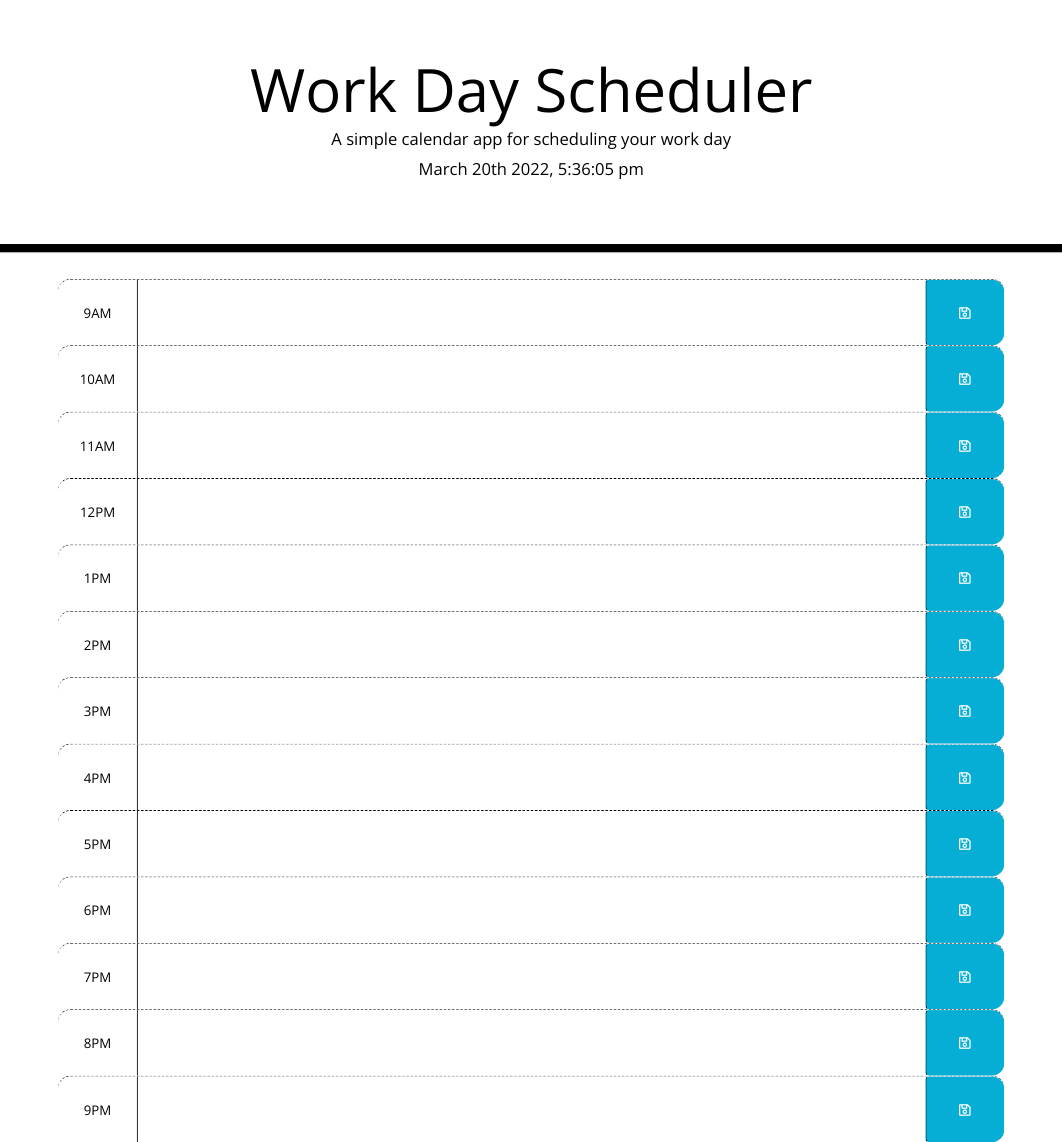
Repository: cobalt88/work-day-scheduler
Page: index.html
These files come from the project's save history. The page is drawn as it stood at one moment and after the next save; the edit follows.
The browser window is 1280 px wide. The pictures show the whole page, at 83% of full size.
Some web libraries are served in a nearby version.

Above is the page before, as saved 2022-03-26 23:06:24.

### index.html
<!DOCTYPE html>
<html lang="en">
  <head>
    <meta charset="UTF-8" />
    <meta name="viewport" content="width=device-width, initial-scale=1.0" />
    <meta http-equiv="X-UA-Compatible" content="ie=edge" />
    <link
      rel="stylesheet"
      href="https://stackpath.bootstrapcdn.com/bootstrap/4.3.1/css/bootstrap.min.css"
    />
    <link
      rel="stylesheet"
      href="https://use.fontawesome.com/releases/v5.8.1/css/all.css"
      integrity="sha384-50oBUHEmvpQ+1lW4y57PTFmhCaXp0ML5d60M1M7uH2+nqUivzIebhndOJK28anvf"
      crossorigin="anonymous"
    />
    <link
      href="https://fonts.googleapis.com/css?family=Open+Sans&display=swap"
      rel="stylesheet"
    />
    <link rel="stylesheet" href="./assets/style.css" />
    <title>Work Day Scheduler</title>
  </head>

  <body>
    <header class="jumbotron">
      <h1 class="display-3">Work Day Scheduler</h1>
      <p class="lead">A simple calendar app for scheduling your work day</p>
      <p id="currentDay" class="lead"></p>
    </header>
    <div class="container">
      <!-- Timeblocks go here -->

      <div class="row time-block hour " id="9">
        <div class="col-xl-1  col-md-1 col-2">
          9AM
        </div>
        <textarea class="description col-xl-10 col-md-10 col-8 " id="hr9"></textarea>
        <button class="btn saveBtn col-xl-1 col-md-1 col-2 far fa-save"></button>
      </div>

      <div class="row time-block hour " id="10">
        <div class="col-xl-1 col-md-1 col-2">
          10AM
        </div>
        <textarea class="description col-xl-10 col-md-10 col-8 " id="hr10"></textarea>
        <button class="btn saveBtn col-xl-1 col-md-1 col-2 far fa-save"></button>
      </div>

      <div class="row time-block hour " id="11">
        <div class="col-xl-1 col-md-1 col-2">
          11AM
        </div>
        <textarea class="description col-xl-10 col-md-10 col-8 " id="hr11"></textarea>
        <button class="btn saveBtn col-xl-1 col-md-1 col-2 far fa-save"></button>
      </div>

      <div class="row time-block hour " id="12">
        <div class="col-xl-1 col-md-1 col-2">
          12PM
        </div>
        <textarea class="description col-xl-10 col-md-10 col-8 " id="hr12"></textarea>
        <button class="btn saveBtn col-xl-1 col-md-1 col-2 far fa-save"></button>
      </div>

      <div class="row time-block hour " id="13">
        <div class="col-xl-1 col-md-1 col-2">
          1PM
        </div>
        <textarea class="description col-xl-10 col-md-10 col-8 " id="hr13"></textarea>
        <button class="btn saveBtn col-xl-1 col-md-1 col-2 far fa-save"></button>
      </div>

      <div class="row time-block hour " id="14">
        <div class="col-xl-1 col-md-1 col-2">
          2PM
        </div>
        <textarea class="description col-xl-10 col-md-10 col-8 " id="hr14"></textarea>
        <button class="btn saveBtn col-xl-1 col-md-1 col-2 far fa-save"></button>
      </div>

      <div class="row time-block hour " id="15">
        <div class="col-xl-1 col-md-1 col-2">
          3PM
        </div>
        <textarea class="description col-xl-10 col-md-10 col-8 " id="hr15"></textarea>
        <button class="btn saveBtn col-xl-1 col-md-1 col-2 far fa-save"></button>
      </div>

      <div class="row time-block hour " id="16">
        <div class="col-xl-1 col-md-1 col-2">
          4PM
        </div>
        <textarea class="description col-xl-10 col-md-10 col-8 " id="hr16"></textarea>
        <button class="btn saveBtn col-xl-1 col-md-1 col-2 far fa-save"></button>
      </div>

      <div class="row time-block hour " id="17">
        <div class="col-xl-1 col-md-1 col-2">
          5PM
        </div>
        <textarea class="description col-xl-10 col-md-10 col-8 " id="hr17"></textarea>
        <button class="btn saveBtn col-xl-1 col-md-1 col-2 far fa-save"></button>
      </div>

      <div class="row time-block hour " id="18">
        <div class="col-xl-1 col-md-1 col-2">
          6PM
        </div>
        <textarea class="description col-xl-10 col-md-10 col-8 " id="hr18"></textarea>
        <button class="btn saveBtn col-xl-1 col-md-1 col-2 far fa-save"></button>
      </div>

      <div class="row time-block hour " id="19">
        <div class="col-xl-1 col-md-1 col-2">
          7PM
        </div>
        <textarea class="description col-xl-10 col-md-10 col-8 " id="hr19"></textarea>
        <button class="btn saveBtn col-xl-1 col-md-1 col-2 far fa-save"></button>
      </div>

      <div class="row time-block hour " id="20">
        <div class="col-xl-1 col-md-1 col-2">
          8PM
        </div>
        <textarea class="description col-xl-10 col-md-10 col-8 " id="hr20"></textarea>
        <button class="btn saveBtn col-xl-1 col-md-1 col-2 far fa-save"></button>
      </div>

      <div class="row time-block hour " id="21">
        <div class="col-xl-1 col-md-1 col-2">
          9PM
        </div>
        <textarea class="description col-xl-10 col-md-10 col-8 " id="hr21"></textarea>
        <button class="btn saveBtn col-xl-1 col-md-1 col-2 far fa-save"></button>
      </div>


    </div>

    <script src="https://code.jquery.com/jquery-3.4.1.min.js"></script>
    <script src="https://cdnjs.cloudflare.com/ajax/libs/moment.js/2.24.0/moment.min.js"></script>
    <script src="./assets/logic.js"></script>
  </body>
</html>

### assets/style.css
body {
  font-family: 'Open Sans', sans-serif;
  font-size: 16px;
  line-height: 1;
}

textarea{
  background: transparent;
  border: none;
  resize: none;
  color: #000000;
  border-left: 1px solid black;
  padding: 10px;
}

.jumbotron {
  text-align: center;
  background-color: transparent;
  color: black;
  border-radius: 0;
  border-bottom: 10px solid black;
}

.description{
  white-space: pre-wrap;
}

.time-block{
  text-align: center;
  border-radius: 15px;
}

.row {
  white-space: pre-wrap;
  height: 80px;
  border-top: 1px solid white;;
}

.hour {
  background-color: #ffffff;
  color: #000000;
  border-top: 1px dashed #000000;
}

.past {
  background-color: #d3d3d3;
  color: white;
}

.present {
  background-color: #ff6961;
  color: white;
}

.future {
  background-color: #77dd77;
  color: white;
}

.saveBtn {
  border-left: 1px solid black;
  border-top-right-radius: 15px;
  border-bottom-right-radius: 15px;
  background-color: #06AED5;
  color: white;
}

.saveBtn i:hover {
  font-size: 20px;
  transition: all .3s ease-in-out;
}

### assets/logic.js
// displays date and time a the top of the page.
function updateTime(){
var currentDate = moment().format('MMMM Do YYYY, h:mm:ss a');
$("#currentDay").html(currentDate);
}
//refreshes the date/time every 1000ms
setInterval(function() {
  updateTime();
}, 1000);

const timeBlocks = Array.from(document.getElementsByClassName('time-block'));

var currentTime = moment().format('HH');



$('.description').each(function() {
  var text = $(this).siblings(".description").val();

console.log(text)

})
// assigns the past present and future classes to the text content areas based on what time it is.
// for (let i = 0; i < timeBlocks.length; i++) {

//   var timeBlockId = parseInt(timeBlocks[i].id);
//   var time = parseInt(currentTime);

//   if (timeBlockId < time) {
//     timeBlocks[i].children[1].className += 'past';
//   }
//   if (timeBlockId > time) {
//     timeBlocks[i].children[1].className += 'future';
//   }
//   if (timeBlockId === time) {
//     timeBlocks[i].children[1].className += 'present';
//   }
// }
// // load saved content
for (var i = 9; i < 21; i++) {

  var savedContent = localStorage.getItem(i);
  var textAreaEl = document.querySelector(`#hr${i}`);
  textAreaEl.textContent = savedContent;
}
//save content that is input into text area boxes
$(".saveBtn").on("click", function () {
  var text = $(this).siblings(".description").val();
  var timeSlot = $(this).parent().attr("id");
  localStorage.setItem(timeSlot, text);
});

updateTime();

After the next save:
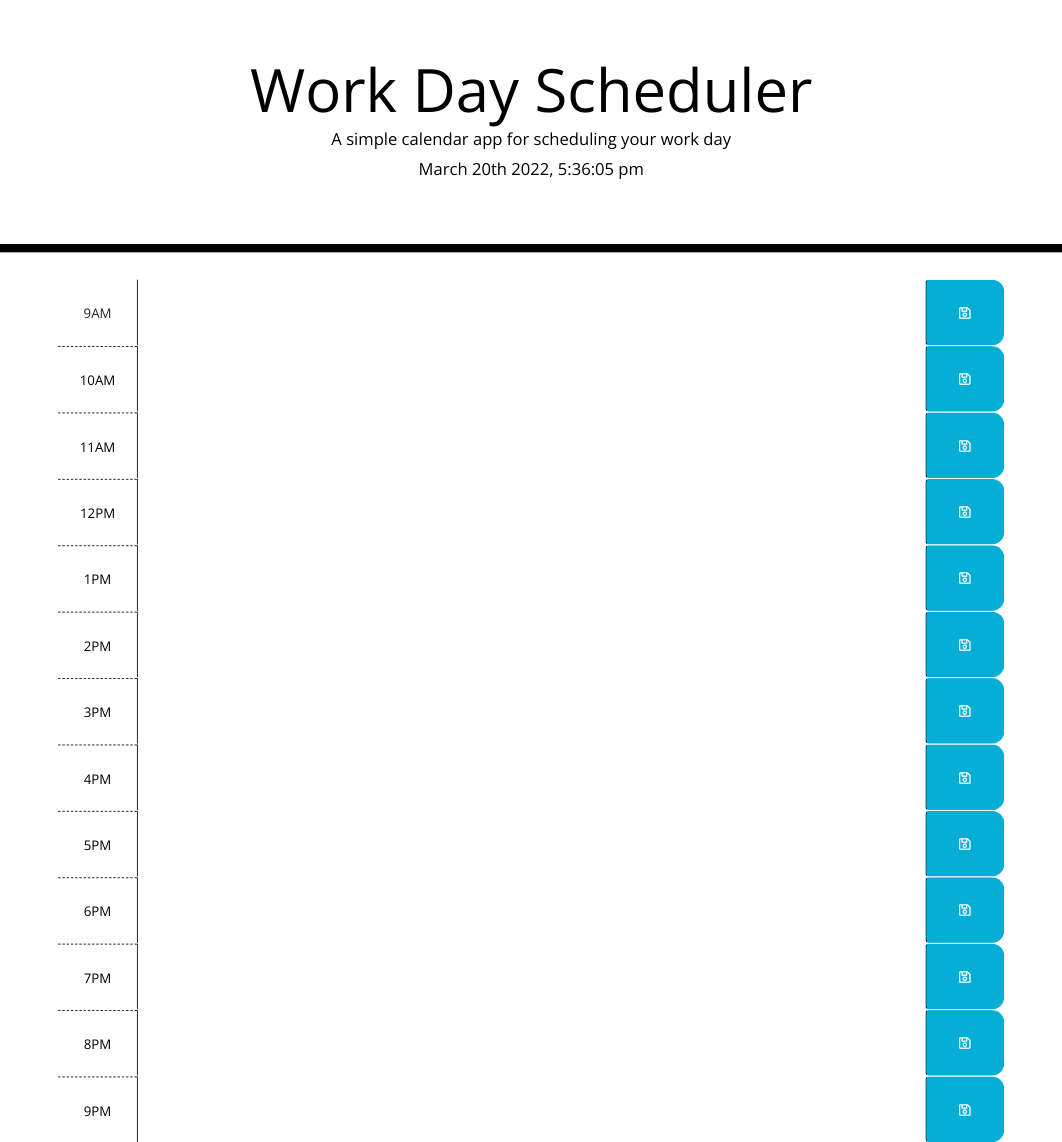
Saved 68 s later.
--- a/index.html
+++ b/index.html
@@ -31,104 +31,104 @@
     <div class="container">
       <!-- Timeblocks go here -->
 
-      <div class="row time-block hour " id="9">
-        <div class="col-xl-1  col-md-1 col-2">
+      <div class="row time-block" id="9">
+        <div class="col-xl-1  col-md-1 col- hour2">
           9AM
         </div>
         <textarea class="description col-xl-10 col-md-10 col-8 " id="hr9"></textarea>
         <button class="btn saveBtn col-xl-1 col-md-1 col-2 far fa-save"></button>
       </div>
 
-      <div class="row time-block hour " id="10">
-        <div class="col-xl-1 col-md-1 col-2">
+      <div class="row time-block" id="10">
+        <div class="col-xl-1 col-md-1 col-2 hour">
           10AM
         </div>
         <textarea class="description col-xl-10 col-md-10 col-8 " id="hr10"></textarea>
         <button class="btn saveBtn col-xl-1 col-md-1 col-2 far fa-save"></button>
       </div>
 
-      <div class="row time-block hour " id="11">
-        <div class="col-xl-1 col-md-1 col-2">
+      <div class="row time-block" id="11">
+        <div class="col-xl-1 col-md-1 col-2 hour">
           11AM
         </div>
         <textarea class="description col-xl-10 col-md-10 col-8 " id="hr11"></textarea>
         <button class="btn saveBtn col-xl-1 col-md-1 col-2 far fa-save"></button>
       </div>
 
-      <div class="row time-block hour " id="12">
-        <div class="col-xl-1 col-md-1 col-2">
+      <div class="row time-block" id="12">
+        <div class="col-xl-1 col-md-1 col-2 hour">
           12PM
         </div>
         <textarea class="description col-xl-10 col-md-10 col-8 " id="hr12"></textarea>
         <button class="btn saveBtn col-xl-1 col-md-1 col-2 far fa-save"></button>
       </div>
 
-      <div class="row time-block hour " id="13">
-        <div class="col-xl-1 col-md-1 col-2">
+      <div class="row time-block" id="13">
+        <div class="col-xl-1 col-md-1 col-2 hour">
           1PM
         </div>
         <textarea class="description col-xl-10 col-md-10 col-8 " id="hr13"></textarea>
         <button class="btn saveBtn col-xl-1 col-md-1 col-2 far fa-save"></button>
       </div>
 
-      <div class="row time-block hour " id="14">
-        <div class="col-xl-1 col-md-1 col-2">
+      <div class="row time-block" id="14">
+        <div class="col-xl-1 col-md-1 col-2 hour">
           2PM
         </div>
         <textarea class="description col-xl-10 col-md-10 col-8 " id="hr14"></textarea>
         <button class="btn saveBtn col-xl-1 col-md-1 col-2 far fa-save"></button>
       </div>
 
-      <div class="row time-block hour " id="15">
-        <div class="col-xl-1 col-md-1 col-2">
+      <div class="row time-block" id="15">
+        <div class="col-xl-1 col-md-1 col-2 hour">
           3PM
         </div>
         <textarea class="description col-xl-10 col-md-10 col-8 " id="hr15"></textarea>
         <button class="btn saveBtn col-xl-1 col-md-1 col-2 far fa-save"></button>
       </div>
 
-      <div class="row time-block hour " id="16">
-        <div class="col-xl-1 col-md-1 col-2">
+      <div class="row time-block" id="16">
+        <div class="col-xl-1 col-md-1 col-2 hour">
           4PM
         </div>
         <textarea class="description col-xl-10 col-md-10 col-8 " id="hr16"></textarea>
         <button class="btn saveBtn col-xl-1 col-md-1 col-2 far fa-save"></button>
       </div>
 
-      <div class="row time-block hour " id="17">
-        <div class="col-xl-1 col-md-1 col-2">
+      <div class="row time-block" id="17">
+        <div class="col-xl-1 col-md-1 col-2 hour">
           5PM
         </div>
         <textarea class="description col-xl-10 col-md-10 col-8 " id="hr17"></textarea>
         <button class="btn saveBtn col-xl-1 col-md-1 col-2 far fa-save"></button>
       </div>
 
-      <div class="row time-block hour " id="18">
-        <div class="col-xl-1 col-md-1 col-2">
+      <div class="row time-block" id="18">
+        <div class="col-xl-1 col-md-1 col-2 hour">
           6PM
         </div>
         <textarea class="description col-xl-10 col-md-10 col-8 " id="hr18"></textarea>
         <button class="btn saveBtn col-xl-1 col-md-1 col-2 far fa-save"></button>
       </div>
 
-      <div class="row time-block hour " id="19">
-        <div class="col-xl-1 col-md-1 col-2">
+      <div class="row time-block" id="19">
+        <div class="col-xl-1 col-md-1 col-2 hour">
           7PM
         </div>
         <textarea class="description col-xl-10 col-md-10 col-8 " id="hr19"></textarea>
         <button class="btn saveBtn col-xl-1 col-md-1 col-2 far fa-save"></button>
       </div>
 
-      <div class="row time-block hour " id="20">
-        <div class="col-xl-1 col-md-1 col-2">
+      <div class="row time-block" id="20">
+        <div class="col-xl-1 col-md-1 col-2 hour">
           8PM
         </div>
         <textarea class="description col-xl-10 col-md-10 col-8 " id="hr20"></textarea>
         <button class="btn saveBtn col-xl-1 col-md-1 col-2 far fa-save"></button>
       </div>
 
-      <div class="row time-block hour " id="21">
-        <div class="col-xl-1 col-md-1 col-2">
+      <div class="row time-block" id="21">
+        <div class="col-xl-1 col-md-1 col-2 hour">
           9PM
         </div>
         <textarea class="description col-xl-10 col-md-10 col-8 " id="hr21"></textarea>
